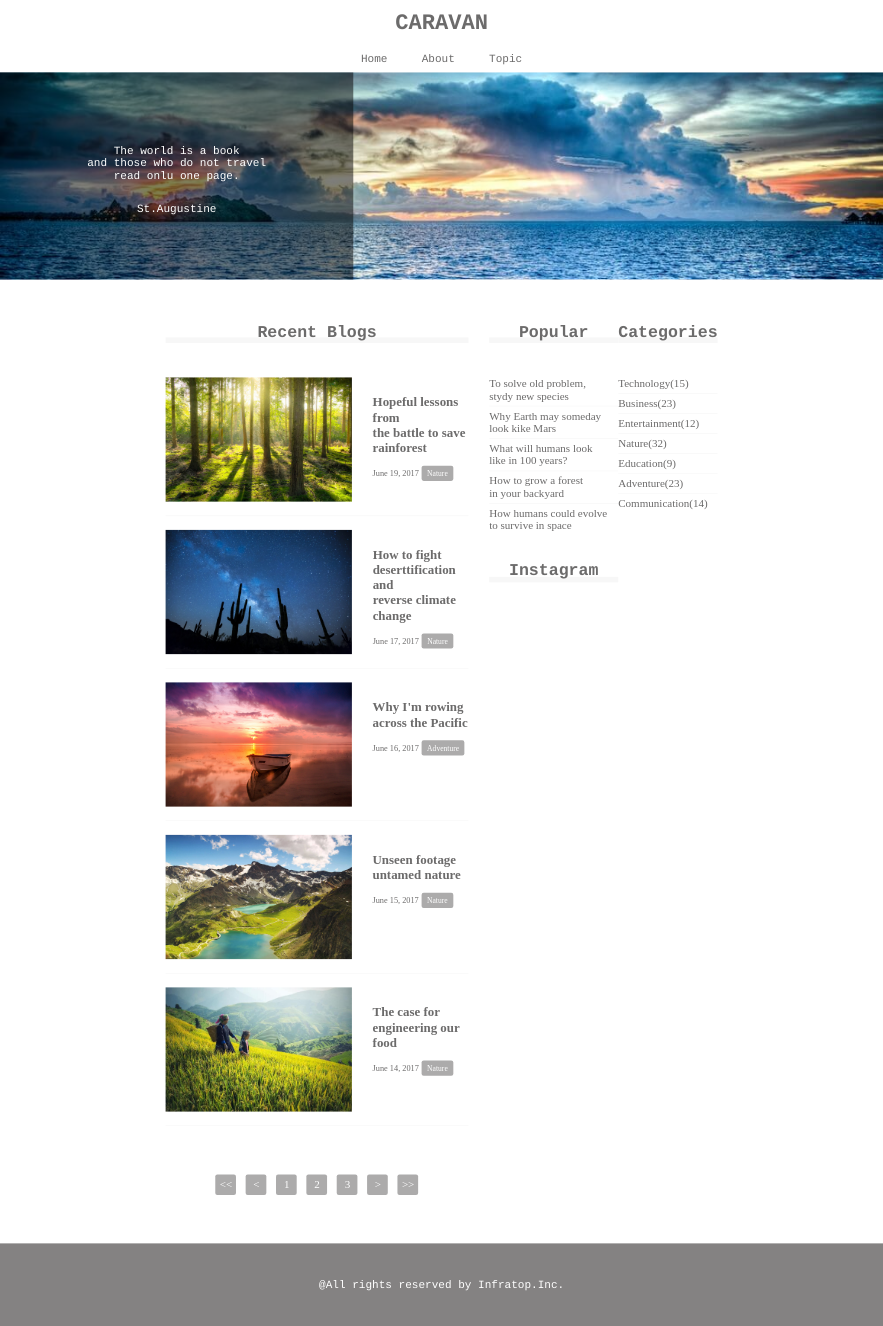
Repository: cyaomasa/java-
Page: caravan/index.html
The author's editor kept a record of every edit. The page is drawn from the files as they stood at one moment, then again after the next edit.
The browser window is 1280 px wide. The pictures show the whole page, at 69% of full size.
Some web libraries are served in a nearby version.

Above is the page before.

### caravan/index.html
<!DOCTYPE html>
<html lang="ja">
  <head>
    <meta charset="UTF-8" />
    <script src="https://kit.fontawesome.com/7dea513659.js" crossorigin="anonymous"></script>
    <!--CSSファイルの読み込み読み込み-->
    <link rel="stylesheet" href="style.css" />
    <title>CARAVAN</title>
  </head>
  <body>
    <!--header-->
    <header>
      <h1 class="heading">
        <a href="index.html">
          CARAVAN
        </a>
      </h1>
      <div class="social"></div>
    </header>
    <!--navigation-->
    <nav>
      <ul class="nav-list">
        <li class="nav-list-item">
          <a href="index.html">Home</a>
        </li>
        <li class="nav-list-item">About</li>
        <li class="nav-list-item">Topic</li>
      </ul>
    </nav>
    <!--main-visual用のdiv-->
    <div class="main-visual">
      <div class="main-visual-content">
        <p class="main-visual-text">
          The world is a book<br />
          and those who do not travel<br />
          read onlu one page.
        </p>
        <p class="main-visual-name">
          St.Augustine
        </p>
      </div>
    </div>

    <!--main用のdiv-->
    <main>
      <section class="blog">
        <h2 class="blog-heading">Recent Blogs</h2>

        <div class="blog-box">
        <div class="blog-item">
          <img class="blog-image" src="img/forest.jpg">
          <section class="blog-text">
            <h3 class="blog-text-heading">
              <a href="sigle.html">
                Hopeful lessons from<br>
                the battle to save<br>
                rainforest
              </a>
            </h3>
            <p class="blog-date">June 19, 2017</p>
            <span class="category">Nature</span>
          </section>
        </div>
        <div class="blog-item">
          <img class="blog-image" src="img/desert.jpg">
          <section class="blog-text">
            <h3 class="blog-text-heading">
              <a href="sigle.html">
                How to fight<br>
                deserttification and<br>
                reverse climate change
              </a>
            </h3>
            <p class="blog-date">June 17, 2017</p>
            <span class="category">Nature</span>
          </section>
        </div>
        <div class="blog-item">
          <img class="blog-image" src="img/sunset.jpg">
          <section class="blog-text">
            <h3 class="blog-text-heading">
              <a href="sigle.html">
                Why I'm rowing<br>
                across the Pacific<br>
              </a>
            </h3>
            <p class="blog-date">June 16, 2017</p>
            <span class="category">Adventure</span>
          </section>
        </div>
        <div class="blog-item">
          <img class="blog-image" src="img/italy.jpg">
          <section class="blog-text">
            <h3 class="blog-text-heading">
              <a href="sigle.html">
                Unseen footage<br>
                untamed nature<br>
              </a>
            </h3>
            <p class="blog-date">June 15, 2017</p>
            <span class="category">Nature</span>
          </section>
        </div>
                <div class="blog-item">
          <img class="blog-image" src="img/asia.jpg">
          <section class="blog-text">
            <h3 class="blog-text-heading">
              <a href="sigle.html">
                The case for<br>
                engineering our food<br>
              </a>
            </h3>
            <p class="blog-date">June 14, 2017</p>
            <span class="category">Nature</span>
          </section>
        </div>
      </div>
      <div class="pagination">
        <P><<</P>
        <P><</P>
        <p>1</p>
        <P>2</P>
        <p>3</p>
        <P>></P>
        <P>>></P>
      </div>
      </section>

      <div class="sidebar">
        <section class="popular">
          <h2 class="popular-heading common-heading">Popular</h2>
          <div class="sidebar-contents">
            <p class="popular-text">To solve old problem,<br>stydy new species</p>
            <p class="popular-text">Why Earth may someday<br>look kike Mars</p>
            <p class="popular-text">What will humans look<br>like in 100 years?</p>
            <p class="popular-text">How to grow a forest<br>in your backyard</p>
            <p class="popular-text">How humans could evolve<br>to survive in space</p>
          </div>
        </section>
        <section class="instagram">
          <h2 class="instagram-heading common-heading">Instagram</h2>
          <div class="sidebar-contents">
            <div="instagram-box"></div>
            <div="instagram-box"></div>
            <div="instagram-box"></div>
            <div="instagram-box"></div>
            <div="instagram-box"></div>
            <div="instagram-box"></div>
          </div>
        </section>
        <section class="categories">
          <h2 class="categories-heading common-heading">Categories</h2>
          <div class="sidebar-contents">
            <p class="categories-text">Technology(15)</p>
            <p class="categories-text">Business(23)</p>
            <p class="categories-text">Entertainment(12)</p>
            <p class="categories-text">Nature(32)</p>
            <p class="categories-text">Education(9)</p>
            <p class="categories-text">Adventure(23)</p>
            <p class="categories-text">Communication(14)</p>
          </div>
        </section>
      </div>
    </main>

    <!--footer-->
    <footer>
      <p class="footer-text">@All rights reserved by Infratop.Inc.</p>
    </footer>
  </body>
</html>

### caravan/style.css
/*ブラウザがそれぞれ持っているCSSをリセットするための記述*/
* {
  margin: 0;
  padding: 0;
 box-sizing : border-box;
 color: #6c6b6b;
}
a {
  text-decoration: none;
}
header, nav, h2, .main-visual, footer {
  font-family: Chalkduster, "Bradley Hand", Courier, "Segoe Print", sans-serif;
}

header {
  width: 90%;
  padding: 15px 0;
  margin: 0 auto;
  text-align: center;
  position: relative;
}

.social i {
  display: inline-block;
  margin-left: 20px;
}

.social {
  position: absolute; /* headerの左上を基準に絶対位置で指定する */
  top: 22px; /* headerの左上から22px下側へ移動する */
  right: 22px; /* headerの右上から22px左側へ移動する */
}

header .heading {
  font-size: 32px;
}
.nav-list {
  text-align: center;
  padding: 10px 0;
  margin: 0 auto;
}
.nav-list-item {
  list-style: none;
  display: inline-block;
  margin: 0 20px;
}
.main-visual {
  width: 100%;/*横幅いっぱい*/
  height: 300PX;/*高さ300px*/
  background-image: url(img/mv.jpg);
  background-size: cover;
  background-position: center;
}
.main-visual-content {
  width: 40%;/*横幅40%*/
  height: 300px;/*高さ350px*/
  background-color: rgba( 0, 0, 0, 0.5);
  text-align: center;
  padding-top: 105px;
}
.main-visual-text {
  color: #fff;
}
.main-visual-name {
  margin-top: 30px;
  color: #fff;
}
main {
  width: 800px;
  display: flex;
  justify-content: center;
  margin: 0 auto;
  padding: 70px 0;
}
.blog {
  width: 540px;
  margin-right: 30px;
}
.blog-heading {
  border-bottom: 8px solid #f7f7f7;
  text-align: center;
  line-height: 0.6;
}
.blog-box {
  padding-top: 50px;
}
.blog-item {
  padding-bottom: 20px;
  margin-bottom: 20px;
  border-bottom: 1px solid #f7f7f7;
  display: flex;
  justify-content: flex-start;
}
.blog-image {
  height: 180PX;
}
.blog-text {
  padding: 25px 0 0 30px;
}
.blog-text-heading{
  padding-bottom: 15px;
}
.blog-date {
  font-size: 12px;
  display: inline-block;
}
.category {
  display: inline-block;
  padding: 5px 8px;
  background-color: #acabab;
  border-radius: 3px;
  color: #fff;
  font-size: 11px;
}
.pagination {
  text-align: center;
  padding-top: 50px;
}
.pagination p {
  display: inline-block;
  width: 30px;
  height:l 30px;
  margin: 0 5px;
  color: #fff;
  background-color: #acabab;
  border-radius: 3px;
  line-height: 30px;
}

.sidebar {
  width: 230px;
}

.common-heading {
  border-bottom: 8px solid #f7f7f7;
  text-align: center;
  line-height: 0.6;
}
.sidebar-contents {
  padding: 50px 0;
}
.popular-text,
.categories-text {
  padding-bottom: 5px;
  border-bottom: 1px solid #f7f7f7;
  margin-bottom: 5px;
}

.popular-text:last-child,
.categories-text:last-child {
  margin: 0;
  padding: 0;
  border: none;
}
.instagram .sidebar-contents {
  display: flex;
  flex-wrap: wrap;
}

.instagram-box {
  width: 110px;
  padding-top: 110px;
  background-size: cover;
  background-position: center;
  margin-bottom: 10px;
}
.instagram-box:nth-child(odd) {
  margin: 0 10px 10px 0;
}
.instagram-box:nth-child(1) {
  background-image: url(img/airport.jpg);
}
.instagram-box:nth-child(2) {
  background-image: url(img/japan.jpg);
}
.instagram-box:nth-child(3) {
  background-image: url(img/snow.jpg);
}
.instagram-box:nth-child(4) {
  background-image: url(img/japan2.jpg);
}
.instagram-box:nth-child(5) {
  background-image: url(img/lake.jpg);
}
.instagram-box:nth-child(6) {
  background-image: url(img/road.jpg);
}

footer {
  width: 100%;/*横幅いっぱい*/
  height: 120px;/*高さ120px*/
  text-align: center;
  line-height: 120px;
  background-color: #848282;
}

.footer-text {
  color: #fff;
}

@media screen and (max-width: 425px) {

header {
    width: 100%;
  }

  .nav-list {
    width: 100%;
  }

  .nav-list-item {
    width: 100%;
    margin: 0 0 10px 0;
  }

  .social {
    display: none;
  }

  .main-visual-content {
    width: 100%;
  }

  main {
    width: 100%;
    display: block;
  }

  .blog {
    width: 100%;
    margin: 0;
  }

  .blog-box {
    padding-left: 2%;
    padding-right: 2%;
  }

  .blog-image {
    width: 49%;
  }

  .blog-text {
    width: 49%;
    padding-top: 5px;
  }

  .sidebar {
    width: 100%;
  }

  .sidebar-contents {
    padding-left: 3%;
    padding-right: 3%;
  }

  .instagram-box {
    width: 48%;
    padding-top: 48%;
  }

  .instagram-box:nth-child(odd) {
    margin-right: 4%;
  }

  .pagination {
    margin-bottom: 50px;
  }
}

After the next edit:
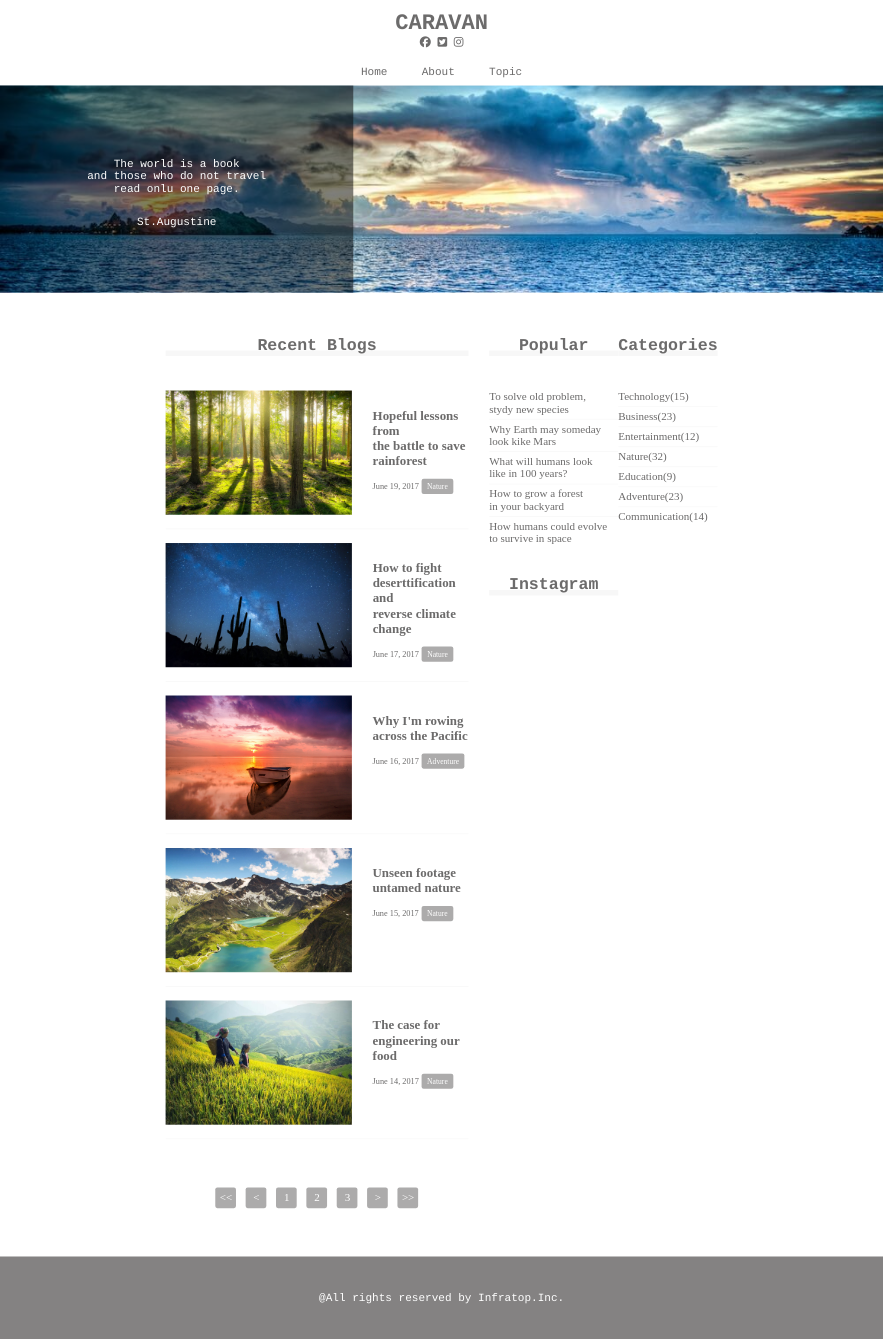
The edit:
--- a/caravan/index.html
+++ b/caravan/index.html
@@ -16,6 +16,10 @@
         </a>
       </h1>
       <div class="social"></div>
+
+      <i class="fa-brands fa-facebook"></i>
+      <i class="fa-brands fa-square-twitter"></i>
+      <i class="fa-brands fa-instagram"></i>
     </header>
     <!--navigation-->
     <nav>

After the edit that followed:
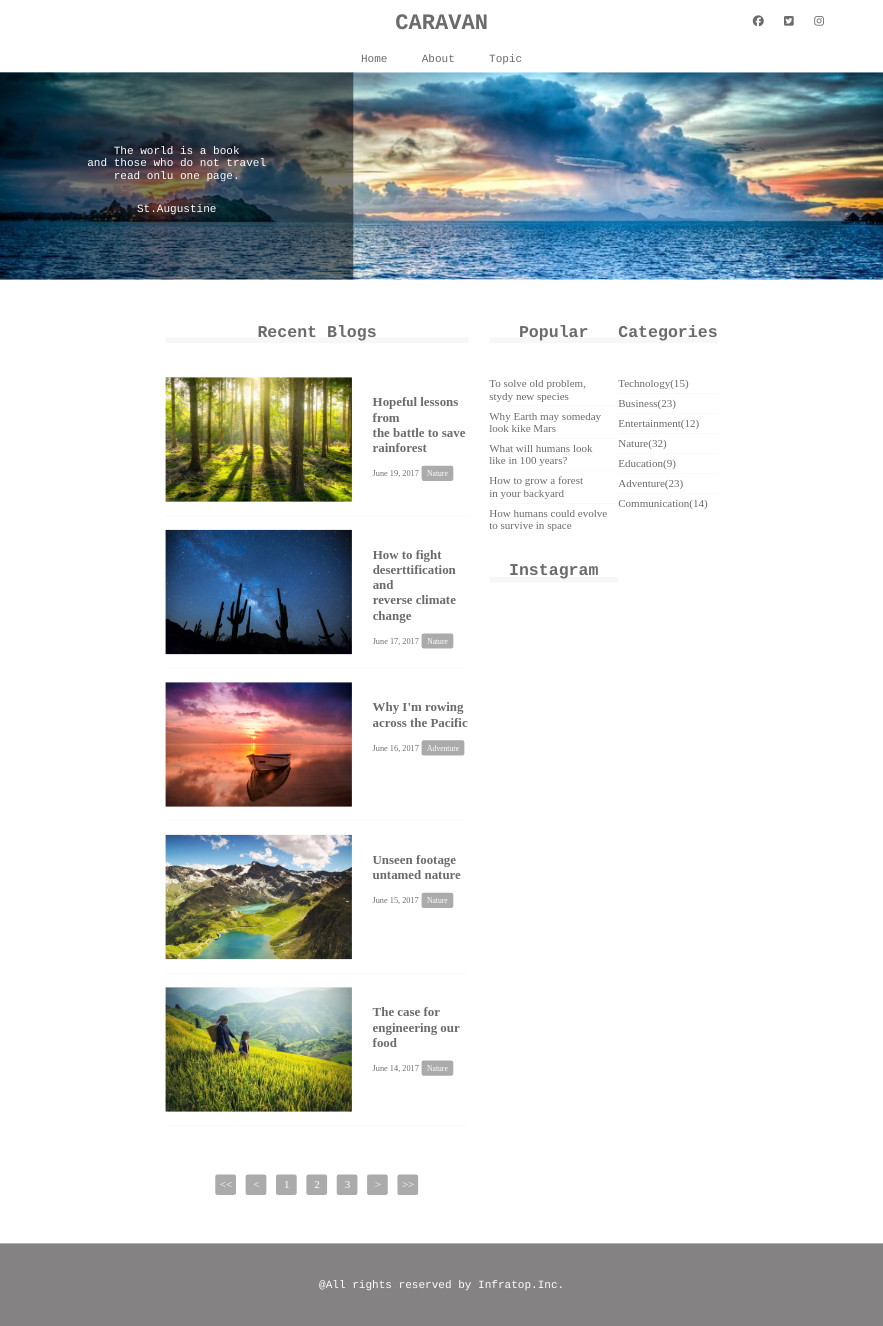
The edit:
--- a/caravan/index.html
+++ b/caravan/index.html
@@ -15,7 +15,7 @@
           CARAVAN
         </a>
       </h1>
-      <div class="social"></div>
+      <div class="social">
 
       <i class="fa-brands fa-facebook"></i>
       <i class="fa-brands fa-square-twitter"></i>
